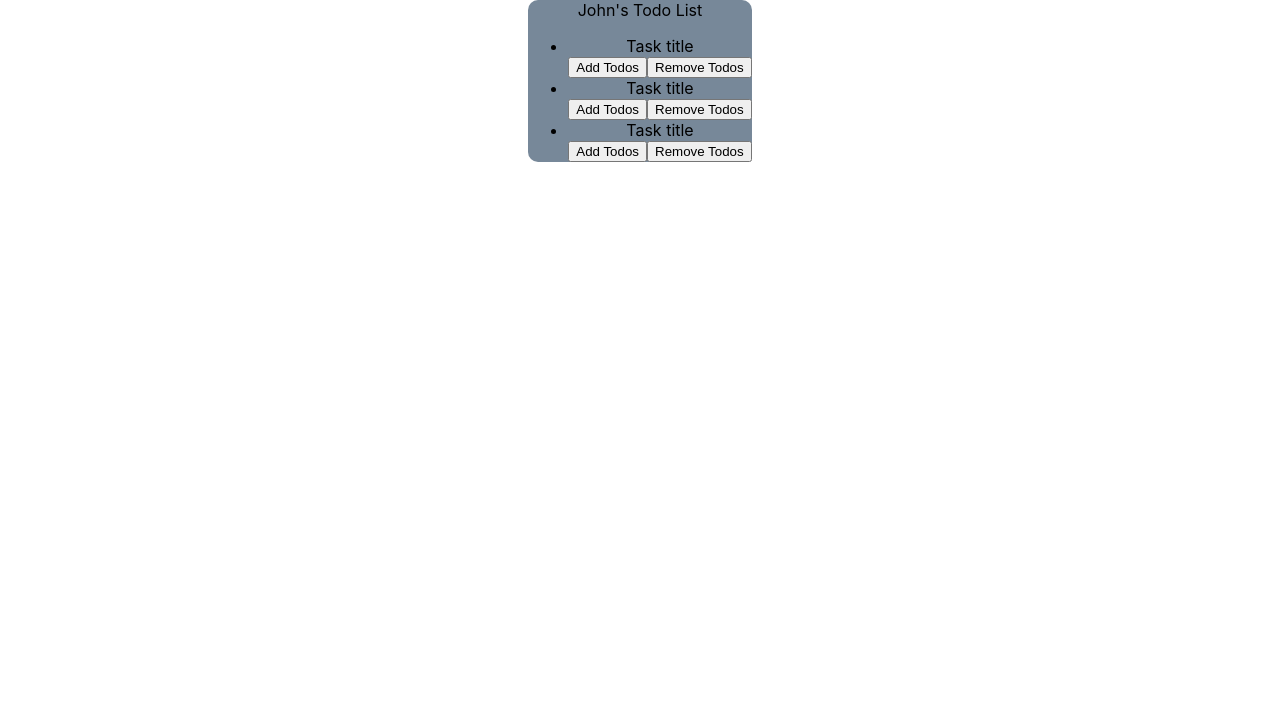
Repository: JohnKang0720/Simple-Todo-List
Page: /
These files come from the project's save history. The page is drawn as it stood at one moment and after the next save; the edit follows.
The browser window is 1280 px wide. The pictures show the whole page.
The project was rebuilt for these pictures with package versions that can differ from the ones it lists, and the page was loaded fresh each time.

Above is the page before, as saved 2021-05-24 21:01:06.

After the next save:
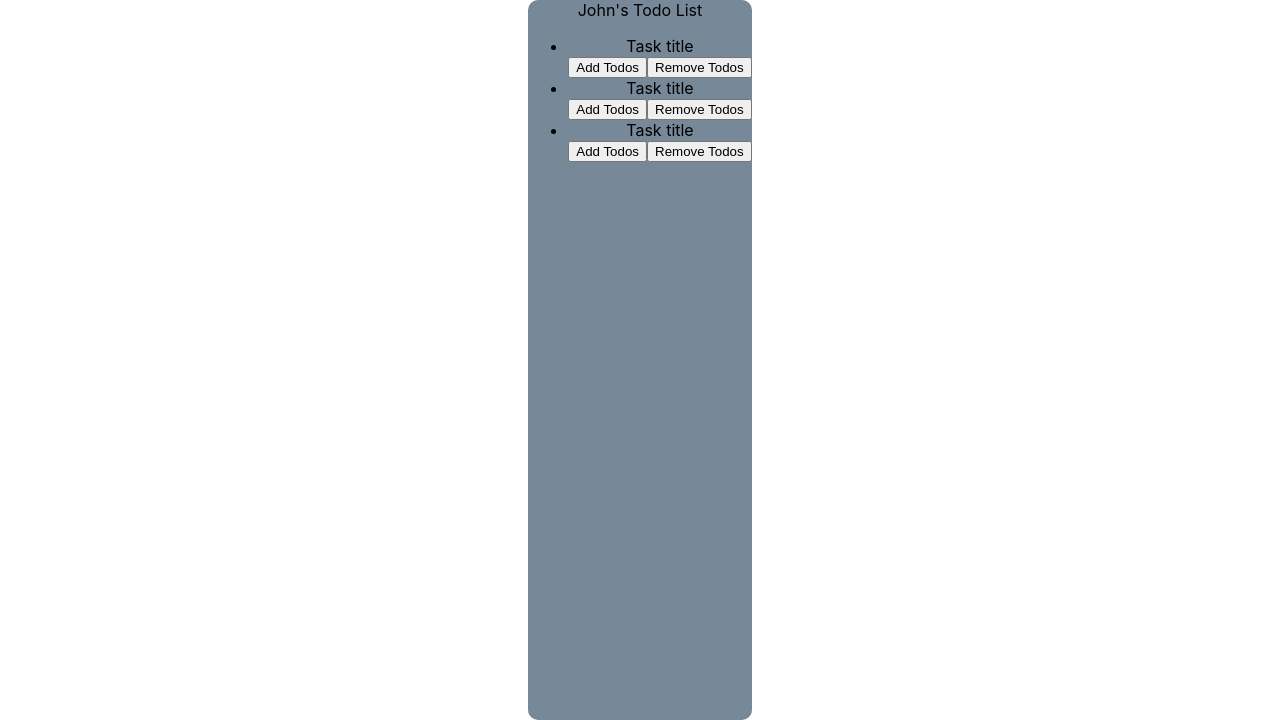
Saved 5 s later.
--- a/src/App.css
+++ b/src/App.css
@@ -31,7 +31,7 @@ body,html{
   width: 100%;
   height: 100%;
   display: flex;
-  align-items:baseline;
+  align-items:stretch;
   justify-content: center;
 }
 .App{
